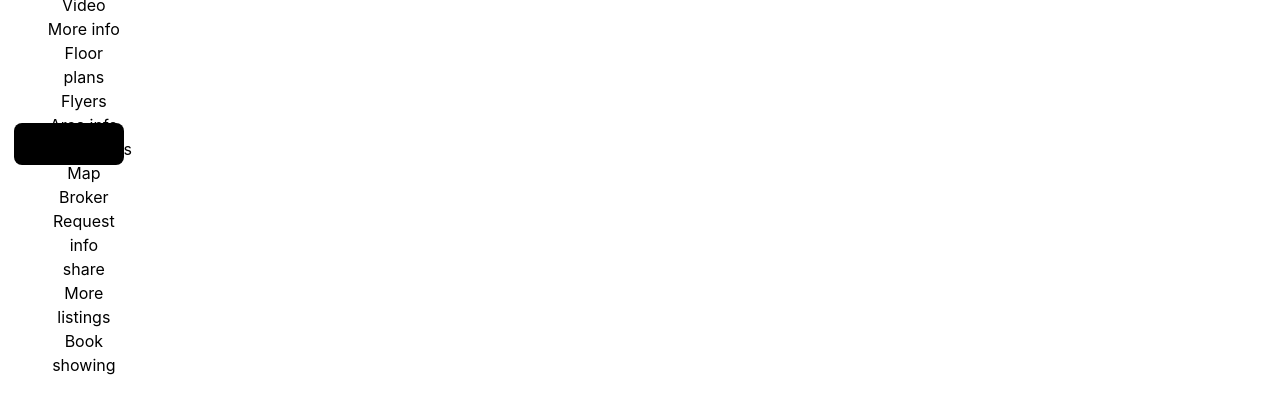
Repository: TMuse333/real-estate-landingpage
Page: /
An editor plug-in stored every save of this project. The page is shown before and after the next save, followed by the edit.
The browser window is 1280 px wide. The pictures show the whole page.
The project was rebuilt for these pictures with package versions that can differ from the ones it lists, and the page was loaded fresh each time. Also part of the build but not shown: vite.config.js.

Above is the page before, as saved 2023-09-19 16:22:59.

After the next save:
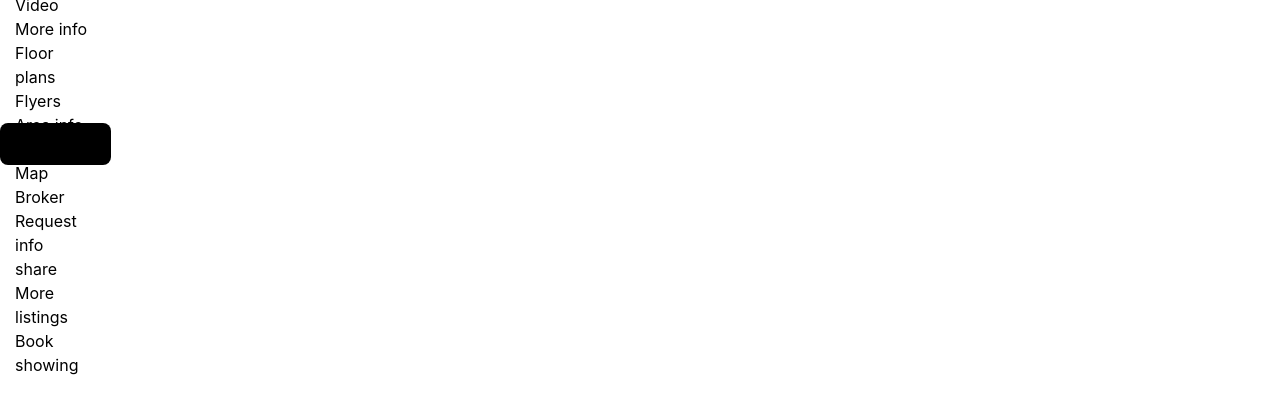
Saved 23 s later.
--- a/src/App.css
+++ b/src/App.css
@@ -23,14 +23,14 @@ padding: 0;
 
 }
 
-.list-container {
+/* .list-container {
   position: relative;
   display: flex;
   flex-direction: column;
   align-items: center;
   text-align: center;
   color: black;
-}
+} */
 
 .nav-button{
 transform: translateY(25rem);
